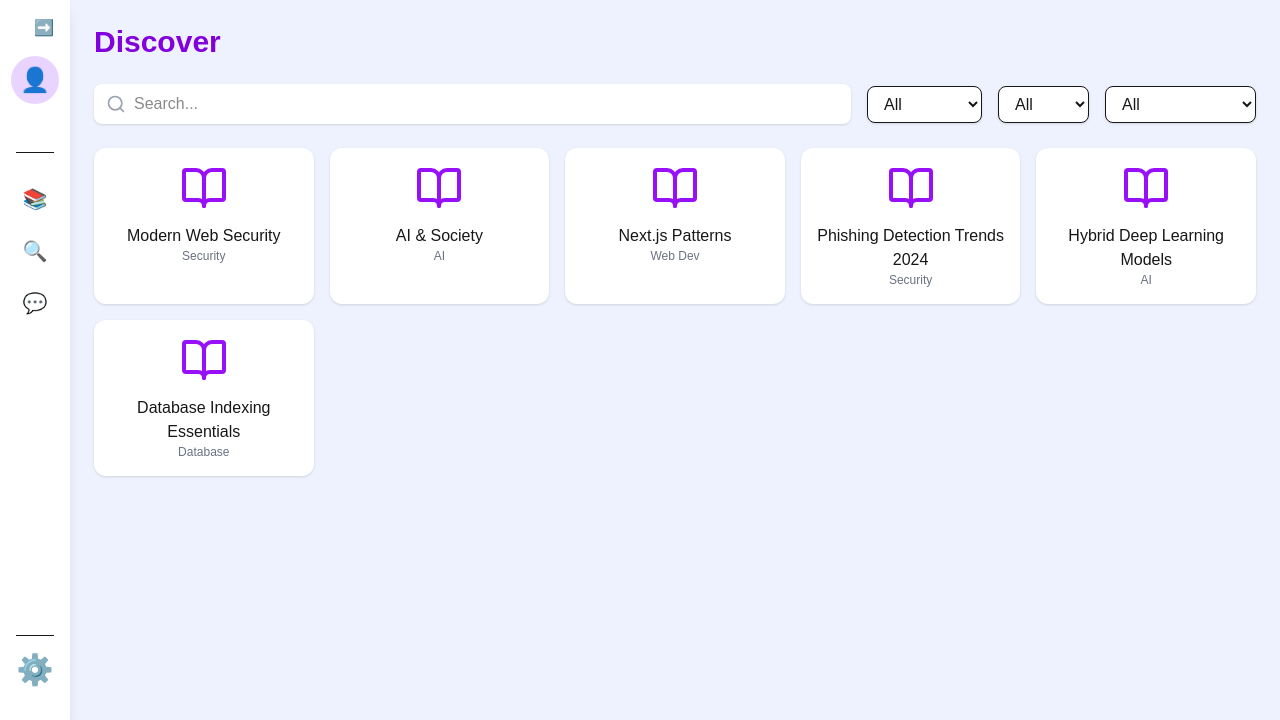
Repository: ramosfranz/bookie
Page: /discover
These files come from the project's save history. The page is drawn as it stood at one moment and after the next save; the edit follows.
The browser window is 1280 px wide. The pictures show the whole page.
The project was rebuilt for these pictures with package versions that can differ from the ones it lists, and the page was loaded fresh each time. The framework's server and built-in components were replaced by stand-ins that run in the browser. Also part of the build but not shown: next.config.ts.

Above is the page before, as saved 2025-11-20 14:53:55.

### src/app/layout.tsx
import type { Metadata } from "next";
import { Geist, Geist_Mono } from "next/font/google";
import "./globals.css";

const geistSans = Geist({
  variable: "--font-geist-sans",
  subsets: ["latin"],
});

const geistMono = Geist_Mono({
  variable: "--font-geist-mono",
  subsets: ["latin"],
});

export const metadata: Metadata = {
  title: "Bookie",
  description: "Generated by create next app",
};

export default function RootLayout({
  children,
}: Readonly<{
  children: React.ReactNode;
}>) {
  return (
    <html lang="en">
      <body
        className={`${geistSans.variable} ${geistMono.variable} antialiased`}
      >
        {children}
      </body>
    </html>
  );
}

### src/app/discover/page.tsx
"use client";

import { useState, useMemo } from "react";
import { BookOpen, Star, TrendingUp, Search } from "lucide-react";
import Sidebar from "../components/Sidebar";

interface Item {
  id: number;
  title: string;
  url: string;
  topic?: string;
  category?: string;
  tags?: string[];
}

export default function DiscoverPage() {
  const dummyUser = {
    id: "00000000-0000-0000-0000-000000000001",
    email: "test@example.com",
    username: "TestUser",
  };

  const user = dummyUser;

  const [activeTab, setActiveTab] = useState<
    "research" | "leisure" | "discover" | "chat"
  >("discover");

  // Search & filters
  const [searchQuery, setSearchQuery] = useState("");
  const [selectedTopic, setSelectedTopic] = useState<string | "All">("All");
  const [selectedCategory, setSelectedCategory] = useState<string | "All">("All");
  const [selectedTag, setSelectedTag] = useState<string | "All">("All");

  // Pagination
  const itemsPerPage = 6;
  const [currentPage, setCurrentPage] = useState(1);

  const [recommended] = useState<Item[]>([
    { id: 1, title: "Modern Web Security", url: "https://example.com/book1", topic: "Security", category: "Book", tags: ["AI", "Web"] },
    { id: 2, title: "AI & Society", url: "https://example.com/book2", topic: "AI", category: "Article", tags: ["Society"] },
    { id: 3, title: "Next.js Patterns", url: "https://example.com/book3", topic: "Web Dev", category: "Book", tags: ["Next.js"] },
  ]);

  const [trending] = useState<Item[]>([
    { id: 4, title: "Phishing Detection Trends 2024", url: "https://example.com/research1", topic: "Security", category: "Paper", tags: ["Phishing"] },
    { id: 5, title: "Hybrid Deep Learning Models", url: "https://example.com/research2", topic: "AI", category: "Paper", tags: ["Deep Learning"] },
  ]);

  const [recent] = useState<Item[]>([
    { id: 6, title: "Database Indexing Essentials", url: "https://example.com/book4", topic: "Database", category: "Book", tags: ["SQL"] },
  ]);

  // Filter & search logic
  const filteredItems = useMemo(() => {
    const allItems = [...recommended, ...trending, ...recent];
    return allItems.filter((item) => {
      const matchesSearch = item.title.toLowerCase().includes(searchQuery.toLowerCase());
      const matchesTopic = selectedTopic === "All" || item.topic === selectedTopic;
      const matchesCategory = selectedCategory === "All" || item.category === selectedCategory;
      const matchesTag =
        selectedTag === "All" || (item.tags && item.tags.includes(selectedTag));
      return matchesSearch && matchesTopic && matchesCategory && matchesTag;
    });
  }, [searchQuery, selectedTopic, selectedCategory, selectedTag, recommended, trending, recent]);

  const paginatedItems = useMemo(() => {
    const startIndex = (currentPage - 1) * itemsPerPage;
    return filteredItems.slice(startIndex, startIndex + itemsPerPage);
  }, [filteredItems, currentPage]);

  const totalPages = Math.ceil(filteredItems.length / itemsPerPage);

  return (
    <div className="min-h-screen flex bg-indigo-50">
      {/* Sidebar */}
      <Sidebar activeTab={activeTab} user={user} />

      {/* Main content */}
      <main className="flex-1 p-6">
        <h1 className="text-3xl font-bold text-purple-700 mb-6">Discover</h1>

        {/* Search & filters */}
        <div className="flex flex-col md:flex-row md:items-center gap-4 mb-6">
          <div className="flex items-center bg-white rounded-lg shadow px-3 py-2 flex-1">
            <Search className="w-5 h-5 text-gray-400 mr-2" />
            <input
              type="text"
              placeholder="Search..."
              value={searchQuery}
              onChange={(e) => setSearchQuery(e.target.value)}
              className="flex-1 outline-none"
            />
          </div>

          <select
            value={selectedTopic}
            onChange={(e) => setSelectedTopic(e.target.value)}
            className="px-3 py-2 rounded-lg border bg-white shadow"
          >
            <option>All</option>
            <option>AI</option>
            <option>Security</option>
            <option>Web Dev</option>
            <option>Database</option>
          </select>

          <select
            value={selectedCategory}
            onChange={(e) => setSelectedCategory(e.target.value)}
            className="px-3 py-2 rounded-lg border bg-white shadow"
          >
            <option>All</option>
            <option>Book</option>
            <option>Article</option>
            <option>Paper</option>
          </select>

          <select
            value={selectedTag}
            onChange={(e) => setSelectedTag(e.target.value)}
            className="px-3 py-2 rounded-lg border bg-white shadow"
          >
            <option>All</option>
            <option>AI</option>
            <option>Web</option>
            <option>Society</option>
            <option>Next.js</option>
            <option>Phishing</option>
            <option>Deep Learning</option>
            <option>SQL</option>
          </select>
        </div>

        {/* Items grid */}
        <div className="grid grid-cols-2 md:grid-cols-3 lg:grid-cols-5 gap-4">
          {paginatedItems.map((item) => (
            <a
              key={item.id}
              href={item.url}
              target="_blank"
              className="flex flex-col items-center bg-white p-4 rounded-xl shadow hover:shadow-lg transition"
            >
              <BookOpen className="w-12 h-12 text-purple-600 mb-3" />
              <p className="font-medium text-center">{item.title}</p>
              <p className="text-xs text-gray-500">{item.topic}</p>
            </a>
          ))}
        </div>

        {/* Pagination */}
        {totalPages > 1 && (
          <div className="flex justify-center gap-2 mt-6">
            {Array.from({ length: totalPages }, (_, i) => (
              <button
                key={i}
                onClick={() => setCurrentPage(i + 1)}
                className={`px-3 py-1 rounded-lg ${
                  currentPage === i + 1
                    ? "bg-purple-600 text-white"
                    : "bg-white shadow hover:bg-purple-100"
                }`}
              >
                {i + 1}
              </button>
            ))}
          </div>
        )}
      </main>
    </div>
  );
}

### src/app/components/Sidebar.tsx
"use client";

import { useState } from "react";
import Link from "next/link";

export default function Sidebar({ activeTab, user }) {
  const [isCollapsed, setIsCollapsed] = useState(true);


  return (
    <aside
      className={`${
        isCollapsed ? "w-[70px]" : "w-[180px]"
      } bg-white shadow-lg p-4 flex flex-col items-center transition-all duration-300`}
    >
      {/* Collapse Button */}
      <button
        onClick={() => setIsCollapsed(!isCollapsed)}
        className="self-end text-gray-500 hover:text-gray-700 mb-4"
      >
        {isCollapsed ? "➡️" : "⬅️"}
      </button>

      {/* Profile Section */}
      <div className="mb-8 flex flex-col items-center">
        <div className="w-12 h-12 bg-purple-200 rounded-full flex items-center justify-center text-2xl">
          👤
        </div>
        {!isCollapsed && (
          <p className="mt-3 font-semibold text-purple-700">{user.username}</p>
        )}
      </div>

      <div className="w-full border-t my-4"></div>

      {/* Tabs */}
      <nav className="flex flex-col items-center gap-6 mt-4">

        {/* Library (Leisure + Study) */}
        <Link
          href="/dashboard"
          className={`flex flex-col items-center text-xl ${
            activeTab === "dashboard"
              ? "text-purple-600"
              : "text-gray-500 hover:text-gray-700"
          }`}
        >
          📚
          {!isCollapsed && <span className="text-sm mt-1">Library</span>}
        </Link>

        {/* Discover */}
        <Link
          href="/discover"
          className={`flex flex-col items-center text-xl ${
            activeTab === "discover"
              ? "text-purple-600"
              : "text-gray-500 hover:text-gray-700"
          }`}
        >
          🔍
          {!isCollapsed && <span className="text-sm mt-1">Discover</span>}
        </Link>

        {/* Chat */}
        <Link
          href="/chat"
          className={`flex flex-col items-center text-xl ${
            activeTab === "chat"
              ? "text-purple-600"
              : "text-gray-500 hover:text-gray-700"
          }`}
        >
          💬
          {!isCollapsed && <span className="text-sm mt-1">Chat</span>}
        </Link>
      </nav>

      <div className="w-full border-t my-4 mt-auto"></div>

      <button className="text-gray-500 hover:text-gray-700 text-3xl mb-4">
        ⚙️
      </button>
    </aside>
  );
}

Loaded but not shown: src/app/globals.css (common file)

After the next save:
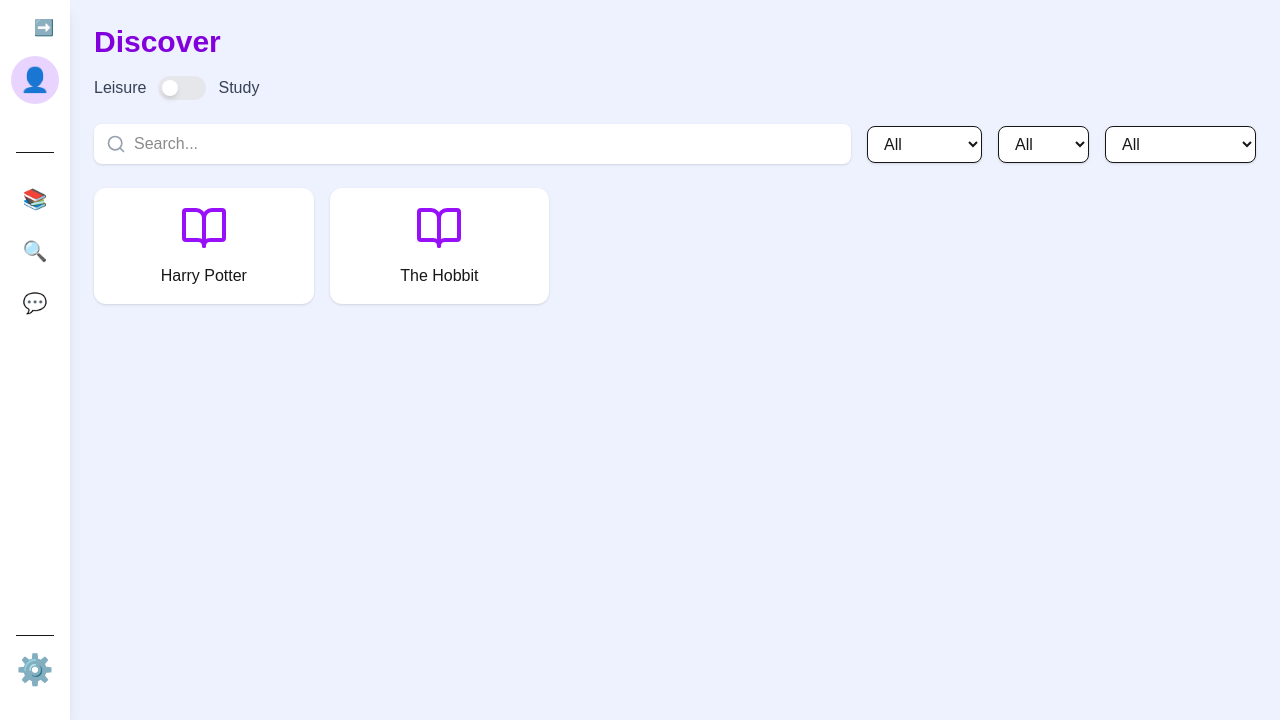
Saved 12 min 49 s later.
--- a/src/app/discover/page.tsx
+++ b/src/app/discover/page.tsx
@@ -1,7 +1,7 @@
 "use client";
 
 import { useState, useMemo } from "react";
-import { BookOpen, Star, TrendingUp, Search } from "lucide-react";
+import { BookOpen, Search } from "lucide-react";
 import Sidebar from "../components/Sidebar";
 
 interface Item {
@@ -11,6 +11,7 @@
   topic?: string;
   category?: string;
   tags?: string[];
+  type: "leisure" | "research"; // Added type
 }
 
 export default function DiscoverPage() {
@@ -22,9 +23,12 @@
 
   const user = dummyUser;
 
-  const [activeTab, setActiveTab] = useState<
-    "research" | "leisure" | "discover" | "chat"
-  >("discover");
+  const [activeTab, setActiveTab] = useState<"dashboard" | "discover" | "chat">(
+    "discover"
+  );
+
+  // Toggle for leisure / study
+  const [libraryTab, setLibraryTab] = useState<"leisure" | "research">("leisure");
 
   // Search & filters
   const [searchQuery, setSearchQuery] = useState("");
@@ -36,33 +40,26 @@
   const itemsPerPage = 6;
   const [currentPage, setCurrentPage] = useState(1);
 
-  const [recommended] = useState<Item[]>([
-    { id: 1, title: "Modern Web Security", url: "https://example.com/book1", topic: "Security", category: "Book", tags: ["AI", "Web"] },
-    { id: 2, title: "AI & Society", url: "https://example.com/book2", topic: "AI", category: "Article", tags: ["Society"] },
-    { id: 3, title: "Next.js Patterns", url: "https://example.com/book3", topic: "Web Dev", category: "Book", tags: ["Next.js"] },
-  ]);
-
-  const [trending] = useState<Item[]>([
-    { id: 4, title: "Phishing Detection Trends 2024", url: "https://example.com/research1", topic: "Security", category: "Paper", tags: ["Phishing"] },
-    { id: 5, title: "Hybrid Deep Learning Models", url: "https://example.com/research2", topic: "AI", category: "Paper", tags: ["Deep Learning"] },
-  ]);
-
-  const [recent] = useState<Item[]>([
-    { id: 6, title: "Database Indexing Essentials", url: "https://example.com/book4", topic: "Database", category: "Book", tags: ["SQL"] },
-  ]);
+  const allItems: Item[] = [
+    { id: 1, title: "Modern Web Security", url: "https://example.com/book1", topic: "Security", category: "Book", tags: ["AI","Web"], type: "research" },
+    { id: 2, title: "AI & Society", url: "https://example.com/book2", topic: "AI", category: "Article", tags: ["Society"], type: "research" },
+    { id: 3, title: "Next.js Patterns", url: "https://example.com/book3", topic: "Web Dev", category: "Book", tags: ["Next.js"], type: "research" },
+    { id: 4, title: "Harry Potter", url: "https://example.com/harry-potter", type: "leisure" },
+    { id: 5, title: "The Hobbit", url: "https://example.com/the-hobbit", type: "leisure" },
+  ];
 
   // Filter & search logic
   const filteredItems = useMemo(() => {
-    const allItems = [...recommended, ...trending, ...recent];
-    return allItems.filter((item) => {
-      const matchesSearch = item.title.toLowerCase().includes(searchQuery.toLowerCase());
-      const matchesTopic = selectedTopic === "All" || item.topic === selectedTopic;
-      const matchesCategory = selectedCategory === "All" || item.category === selectedCategory;
-      const matchesTag =
-        selectedTag === "All" || (item.tags && item.tags.includes(selectedTag));
-      return matchesSearch && matchesTopic && matchesCategory && matchesTag;
-    });
-  }, [searchQuery, selectedTopic, selectedCategory, selectedTag, recommended, trending, recent]);
+    return allItems
+      .filter(item => item.type === libraryTab) // filter by leisure/study
+      .filter(item => {
+        const matchesSearch = item.title.toLowerCase().includes(searchQuery.toLowerCase());
+        const matchesTopic = selectedTopic === "All" || item.topic === selectedTopic;
+        const matchesCategory = selectedCategory === "All" || item.category === selectedCategory;
+        const matchesTag = selectedTag === "All" || (item.tags && item.tags.includes(selectedTag));
+        return matchesSearch && matchesTopic && matchesCategory && matchesTag;
+      });
+  }, [searchQuery, selectedTopic, selectedCategory, selectedTag, libraryTab]);
 
   const paginatedItems = useMemo(() => {
     const startIndex = (currentPage - 1) * itemsPerPage;
@@ -76,9 +73,30 @@
       {/* Sidebar */}
       <Sidebar activeTab={activeTab} user={user} />
 
-      {/* Main content */}
       <main className="flex-1 p-6">
-        <h1 className="text-3xl font-bold text-purple-700 mb-6">Discover</h1>
+        <h1 className="text-3xl font-bold text-purple-700 mb-4">Discover</h1>
+
+        {/* Leisure / Study Toggle */}
+        <div className="flex items-center mb-6">
+          <span className="mr-3 text-gray-700">Leisure</span>
+          <label className="relative inline-flex items-center cursor-pointer">
+            <input
+              type="checkbox"
+              className="sr-only peer"
+              checked={libraryTab === "research"}
+              onChange={() =>
+                setLibraryTab(libraryTab === "research" ? "leisure" : "research")
+              }
+            />
+            <div className="w-12 h-6 bg-gray-200 peer-focus:outline-none rounded-full peer peer-checked:bg-purple-600 transition-all"></div>
+            <div
+              className={`absolute left-1 top-1 w-4 h-4 bg-white rounded-full shadow-md transition-transform ${
+                libraryTab === "research" ? "translate-x-6" : ""
+              }`}
+            ></div>
+          </label>
+          <span className="ml-3 text-gray-700">Study</span>
+        </div>
 
         {/* Search & filters */}
         <div className="flex flex-col md:flex-row md:items-center gap-4 mb-6">
@@ -143,7 +161,7 @@
             >
               <BookOpen className="w-12 h-12 text-purple-600 mb-3" />
               <p className="font-medium text-center">{item.title}</p>
-              <p className="text-xs text-gray-500">{item.topic}</p>
+              {item.topic && <p className="text-xs text-gray-500">{item.topic}</p>}
             </a>
           ))}
         </div>
